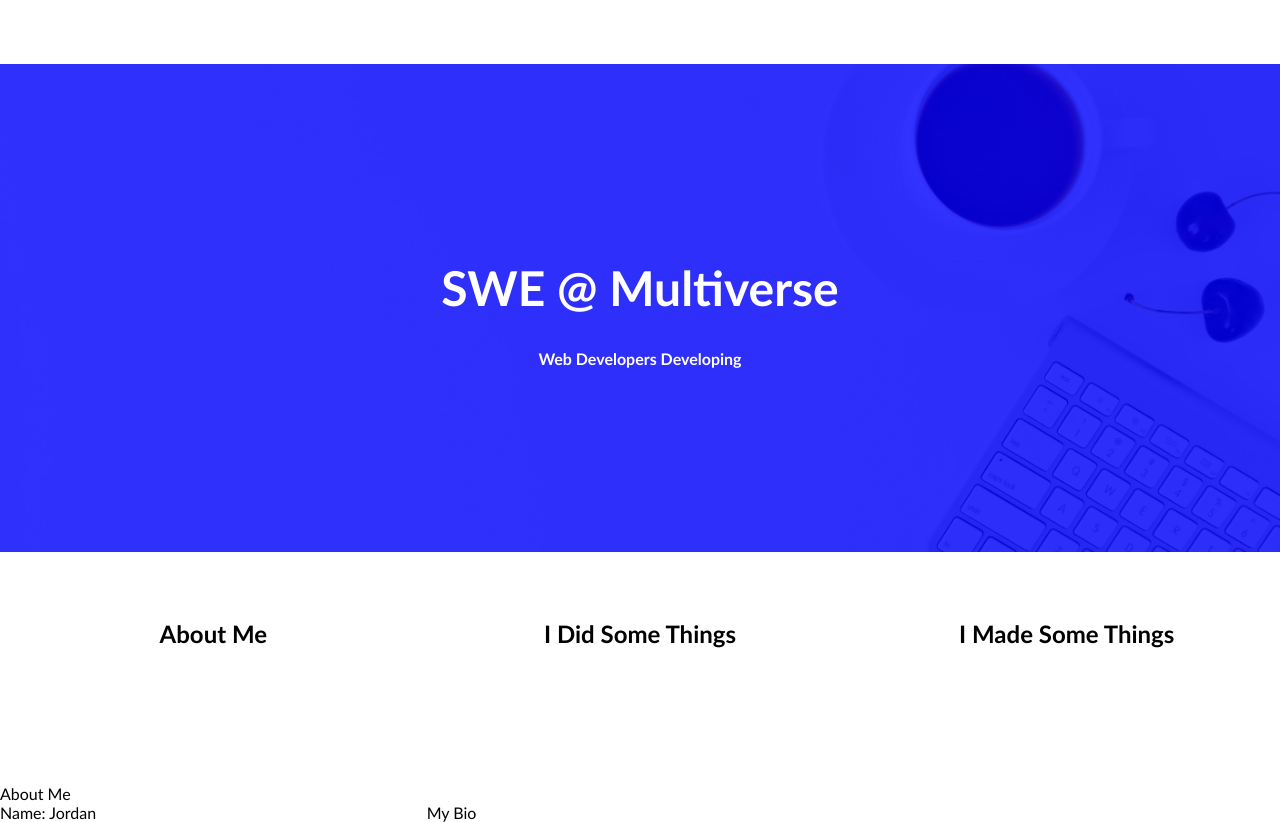
Repository: Scoofster/SWE-Flying-start-bio-website
Page: public/index.html
The author's editor kept a copy of each file at every save. The page is drawn from the files as they stood at one save, then again after the next save.
The browser window is 1280 px wide. The pictures show the whole page.

Above is the page before, as saved 2022-06-16 14:08:12.

### public/index.html
<!--
You may use this in any way, on any site, all we ask is that you please keep the link(s) crediting the author.   Though this is not mandatory, it is certainly appreciated.
 -->

<!DOCTYPE html PUBLIC "-//W3C//DTD XHTML 1.0 Strict//EN" "http://www.w3.org/TR/xhtml1/DTD/xhtml1-strict.dtd">
<html xmlns="http://www.w3.org/1999/xhtml" xml:lang="en" lang="en">
  <head>
    <title>Blue Bliss by Bryant Smith</title>
    <meta http-equiv="content-type" content="text/html;charset=utf-8" />
    <link rel="stylesheet" type="text/css" href="index.css" />
  </head>
  <body>
    <div id="mainContentArea">
      <div id="hero" class="content-section">
        <div id="hero-overlay"></div>
        <div id="banner-photo"></div>
        <div id="hero-text">
          <h1>SWE @ Multiverse</h1>
          <h4>Web Developers Developing</h4>
        </div>
        <div id="about-me-nav-link" class="nav-link">
          <h2><a href="#about-me">About Me</a></a></h2>
        </div>
        <div id="cv-nav-link" class="nav-link">
          <h2><a href="#cv">I Did Some Things</a></h2>
        </div>
        <div id="porfolio-nav-link" class="nav-link">
          <h2><a href="#portfolio">I Made Some Things</a></h2>
        </div>
      </div>
      <div>About Me</div>
      <div id="about-me" class="content-section">
        <div id="personal-info">Name: Jordan</div>
        <div id="bio">My Bio</div>
      </div>
      <div id="cv" class="content-section"></div>
      <div id="porfolio" class="content-section"></div>
    </div>
  </body>
</html>

### public/index.css

html,body{
    margin:0;
    font-family:'Trebuchet MS', 'Lucida Sans Unicode', 'Lucida Grande', 'Lucida Sans', Arial, sans-serif
    }

.content-section {
    padding: 0%;
    display: grid;
    grid-template-columns: 1fr 1fr 1fr;
}

#hero {
    margin-top: 5%;
    width: calc(100vw-30px);
    height: 100vh;
    text-align: center;
}

#hero-overlay {
    grid-area: 1 /1 / span 2 / span 3;
    opacity: 80%;
    background-color: blue;

}

#banner-photo {
    background-image: url(./imgs/splash_photo.jpg);
    grid-area: 1 /1/ span 2 / span 3;
    background-size:cover;
    background-repeat: no-repeat;
    margin: 0;
}

#hero-text {
    grid-area: 2/2/2/2;
    color: white;

    z-index: 1;
  }

#hero-text > h1 {
    font-size: 300%;
}

.nav-link {
    height: 70%;
    width:100%;
    display:flex;
    align-items: center;
    justify-content: center;
}

.nav-link a {
    color: black;
    text-decoration: none;
}
  #personal-info {
    grid-area: 1/1/3/1
  }

After the next save:
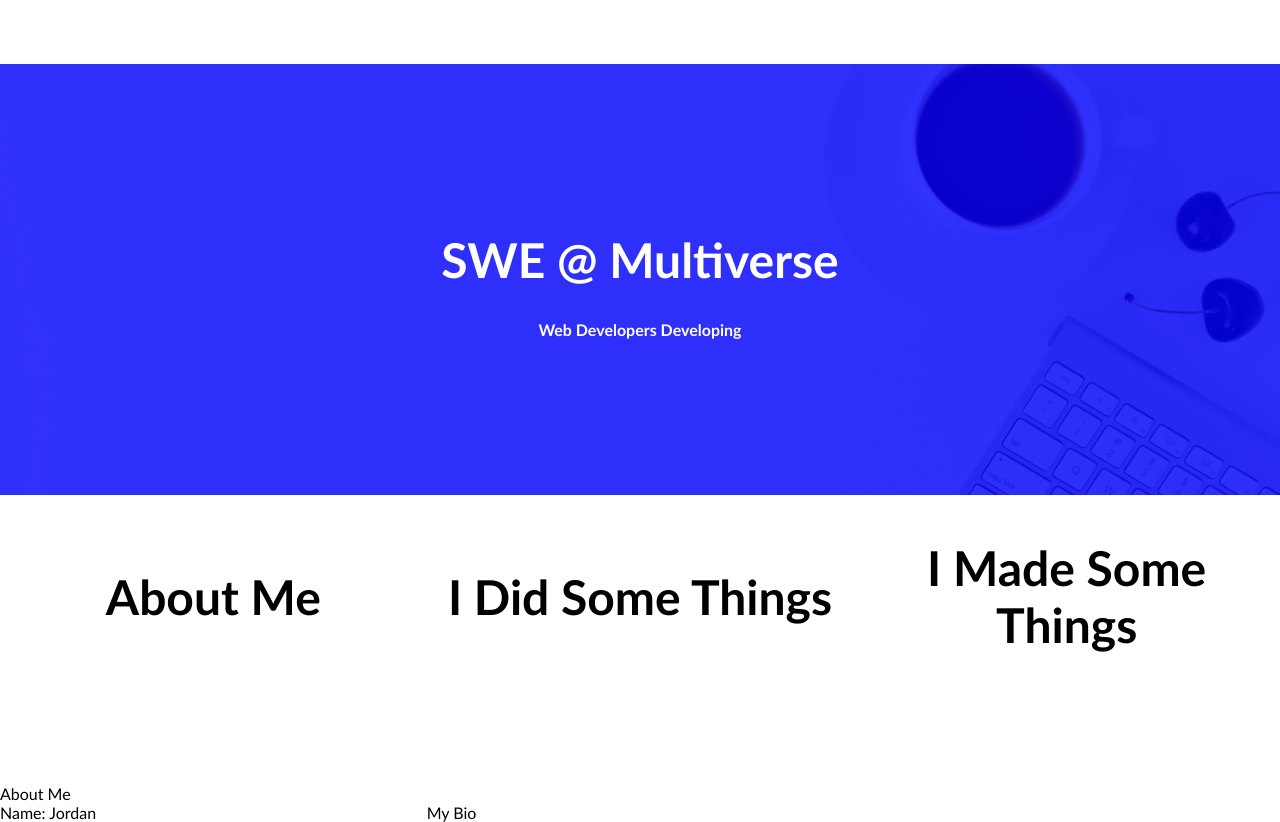
Saved 28 s later.
--- a/public/index.css
+++ b/public/index.css
@@ -54,6 +54,7 @@
 .nav-link a {
     color: black;
     text-decoration: none;
+    font-size: 200%;
 }
   #personal-info {
     grid-area: 1/1/3/1

After the save that followed:
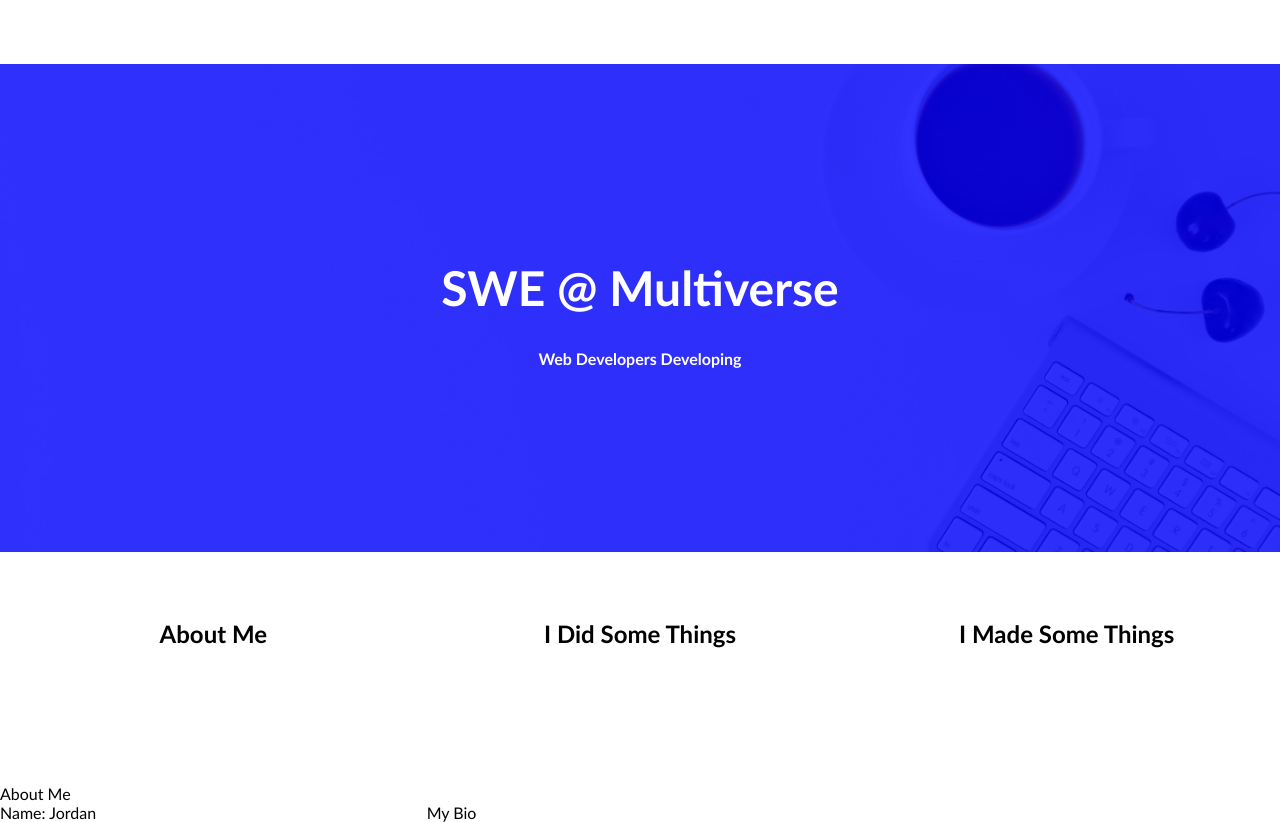
Saved 4 s later.
--- a/public/index.css
+++ b/public/index.css
@@ -54,7 +54,7 @@
 .nav-link a {
     color: black;
     text-decoration: none;
-    font-size: 200%;
+    font-size: 100%;
 }
   #personal-info {
     grid-area: 1/1/3/1
